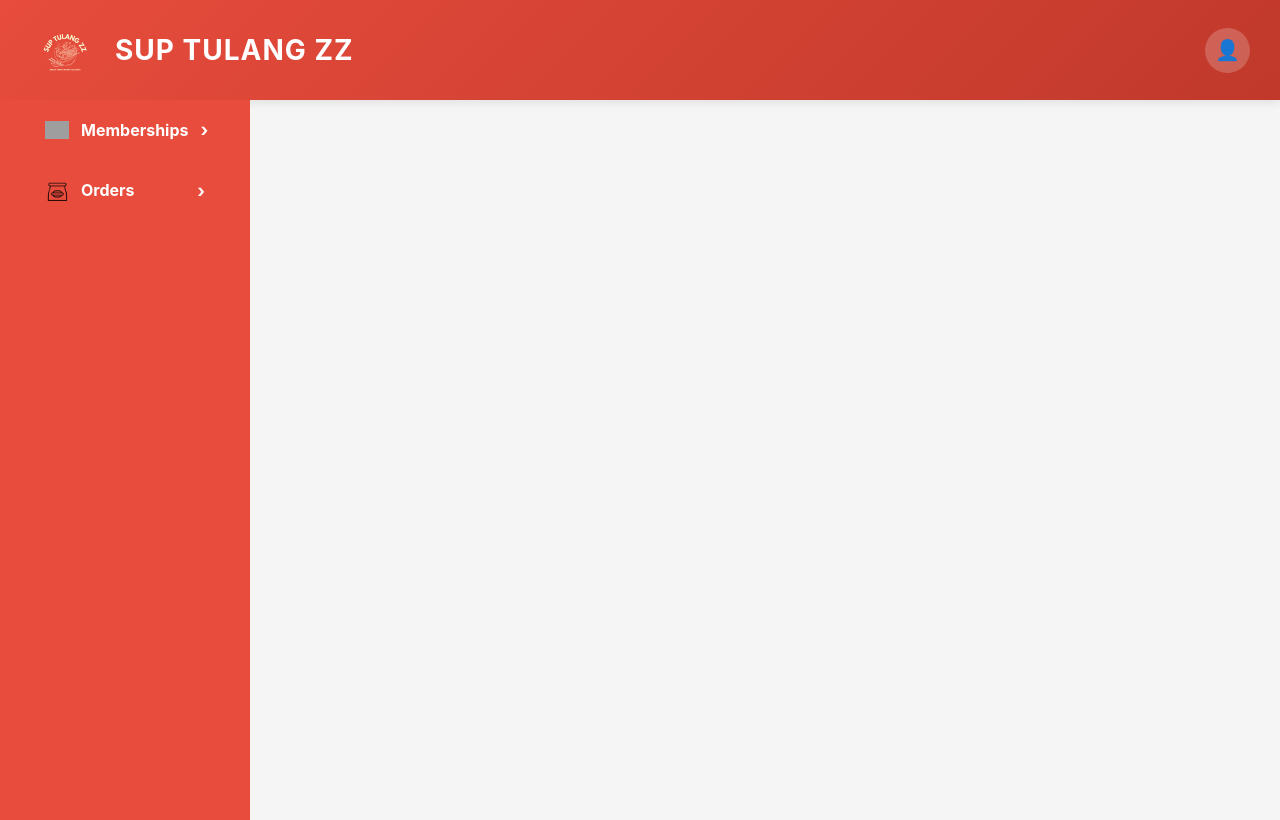
Repository: YIsheng2002/web-frontend
Page: view/Staff/dashboardstaff.html
These files come from the project's save history. The page is drawn as it stood at one moment and after the next save; the edit follows.
The browser window is 1280 px wide. The pictures show the whole page.
Pictures or frames that could not be fetched are drawn as grey boxes.

Above is the page before, as saved 2025-06-12 13:50:02.

After the next save:
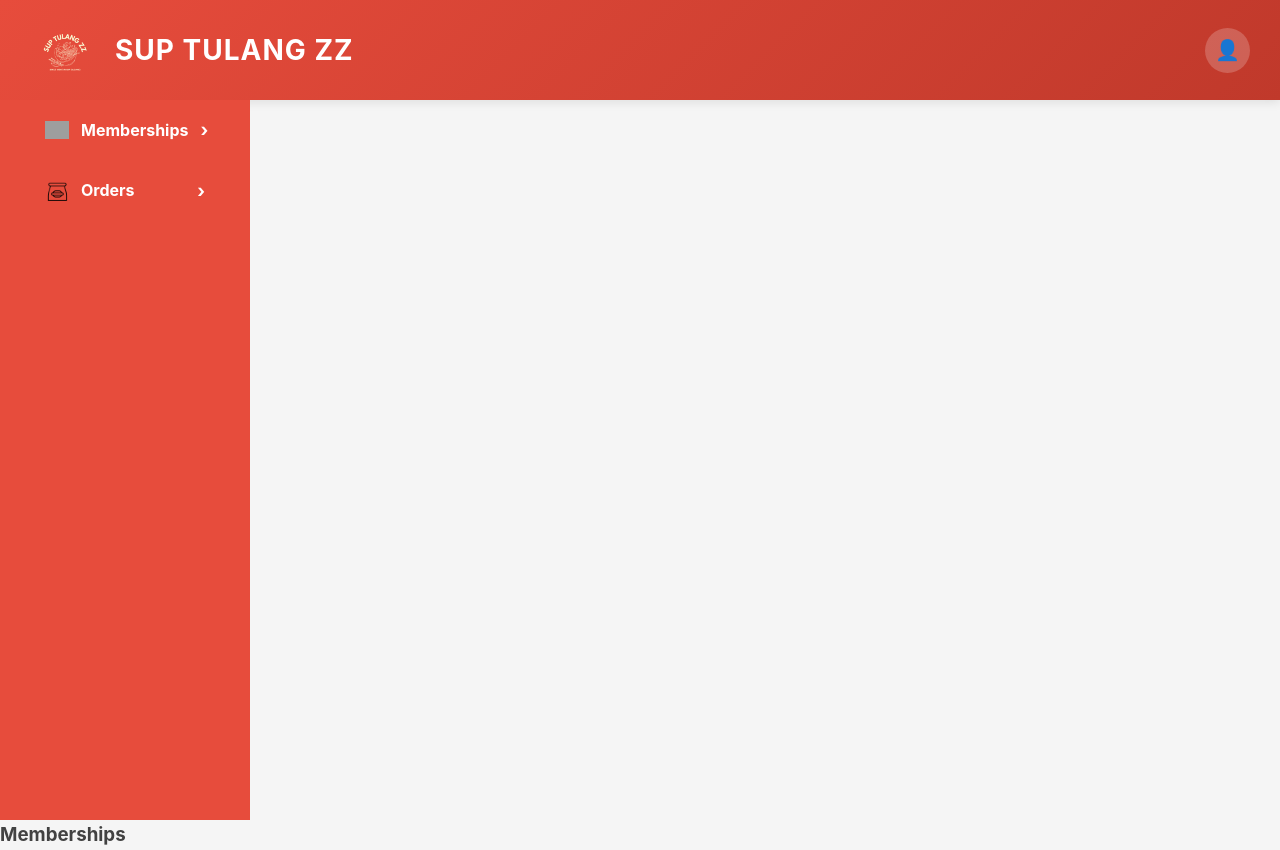
Saved 2 s later.
--- a/view/Staff/dashboardstaff.html
+++ b/view/Staff/dashboardstaff.html
@@ -65,6 +65,7 @@
     </div>
     <!-- Main Content -->
     <div class="main-content">
+        <h3>Memberships</h3>
 
     </div>
 
